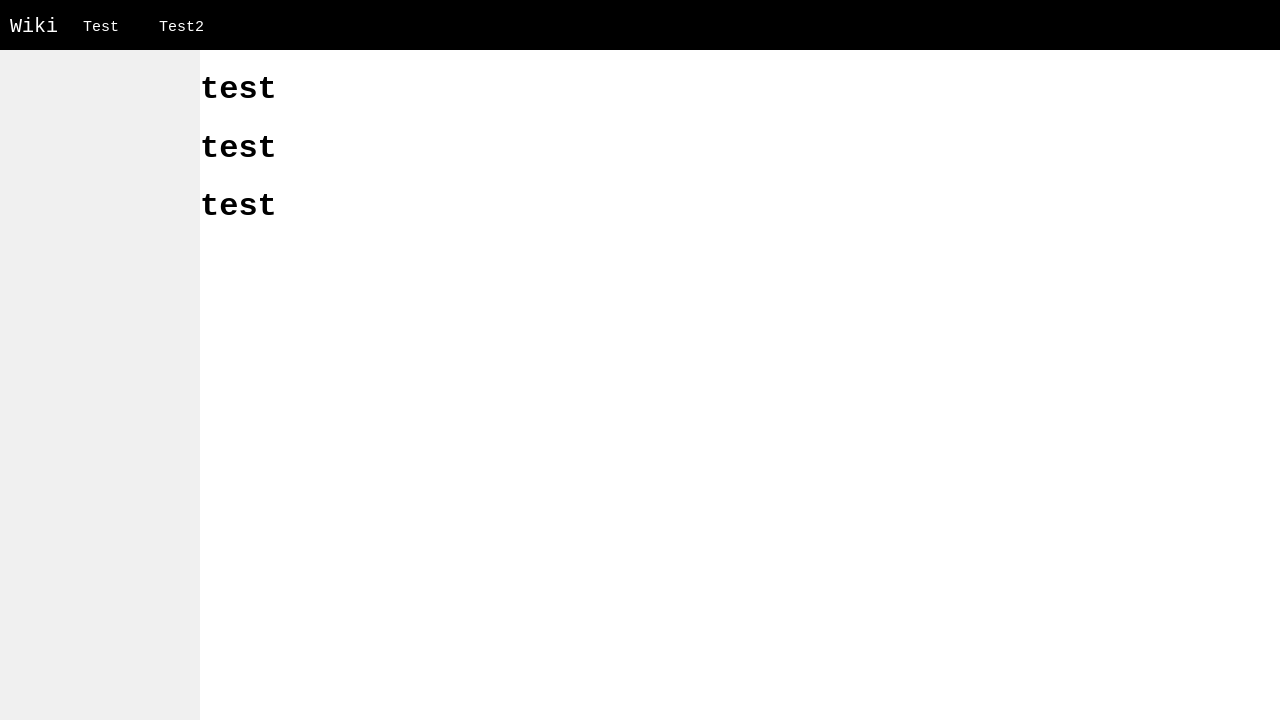
Repository: TimKral5/WikiPage
Page: index.html
The author's editor kept a copy of each file at every save. The page is drawn from the files as they stood at one save, then again after the next save.
The browser window is 1280 px wide. The pictures show the whole page.

Above is the page before, as saved 2022-11-10 10:39:41.

After the next save:
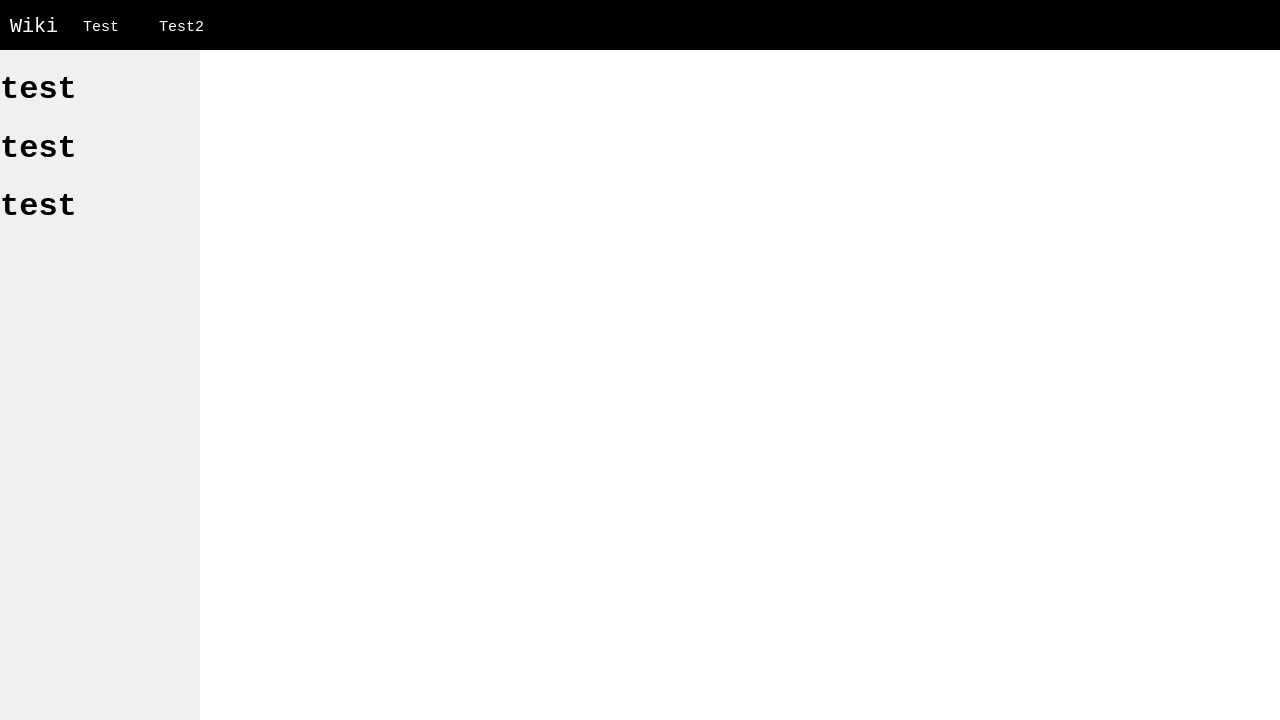
Saved 30 s later.
--- a/index.html
+++ b/index.html
@@ -20,7 +20,19 @@
     </div>
 
     <div class="nav-side">
-
+        <div id="content" name="main" class="tabgroup">
+            <div name="test" class="tab">
+                <h1>test</h1>
+                <h1>test</h1>
+                <h1>test</h1>
+            </div>
+            <div name="test2" class="tab">
+                <h1>test2</h1>
+                <h1>test2</h1>
+                <h1>test2</h1>
+                <h1>test2</h1>
+            </div>
+        </div>
     </div>
 
     <div id="content" name="main" class="tabgroup">
